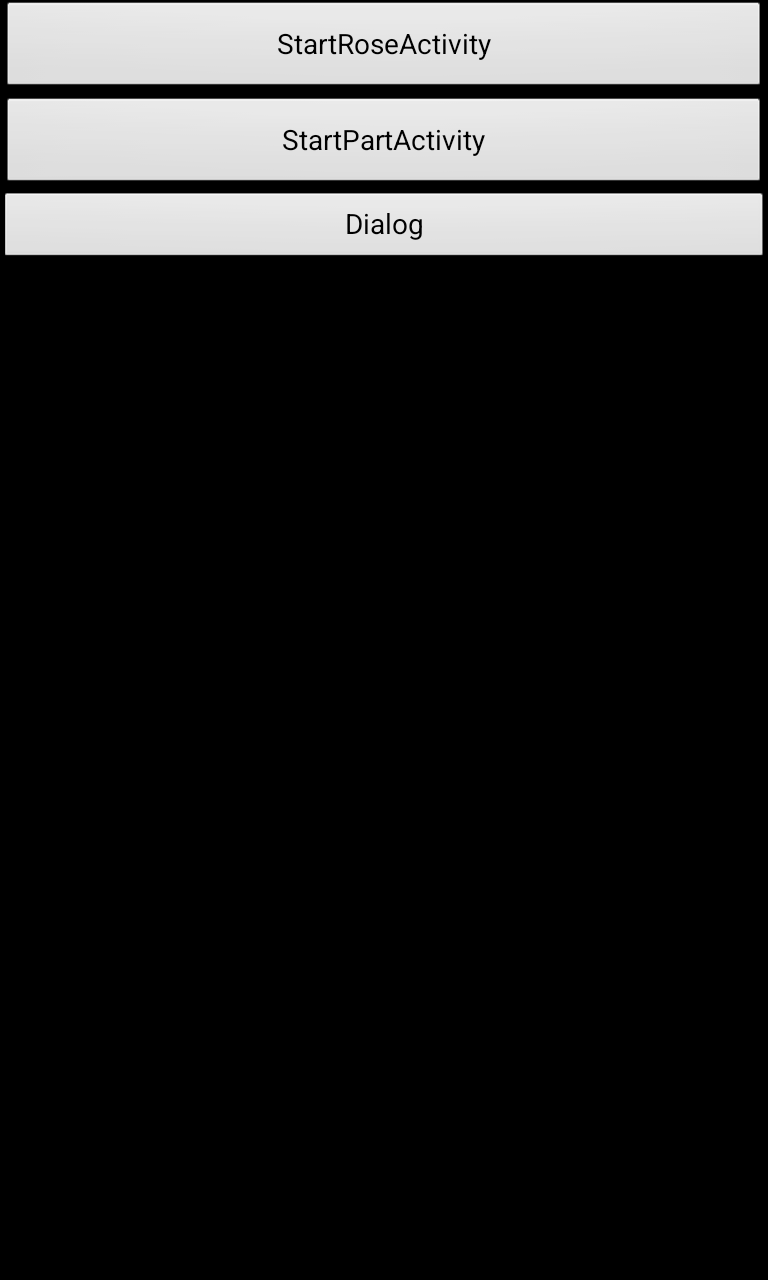
Repository: pure2004/test1
Layout: ActivityCourseAPI10/res/layout/layout_lifecyccleactivity.xml
An editor plug-in stored every save of this project. The layout is shown before and after the next save, followed by the edit.
It is drawn on a 768 x 1280 px phone screen (xhdpi) without system bars, with theme android:Theme; the app's code is not run.

Above is the layout before, as saved 2016-02-08 06:21:16.

After the next save:
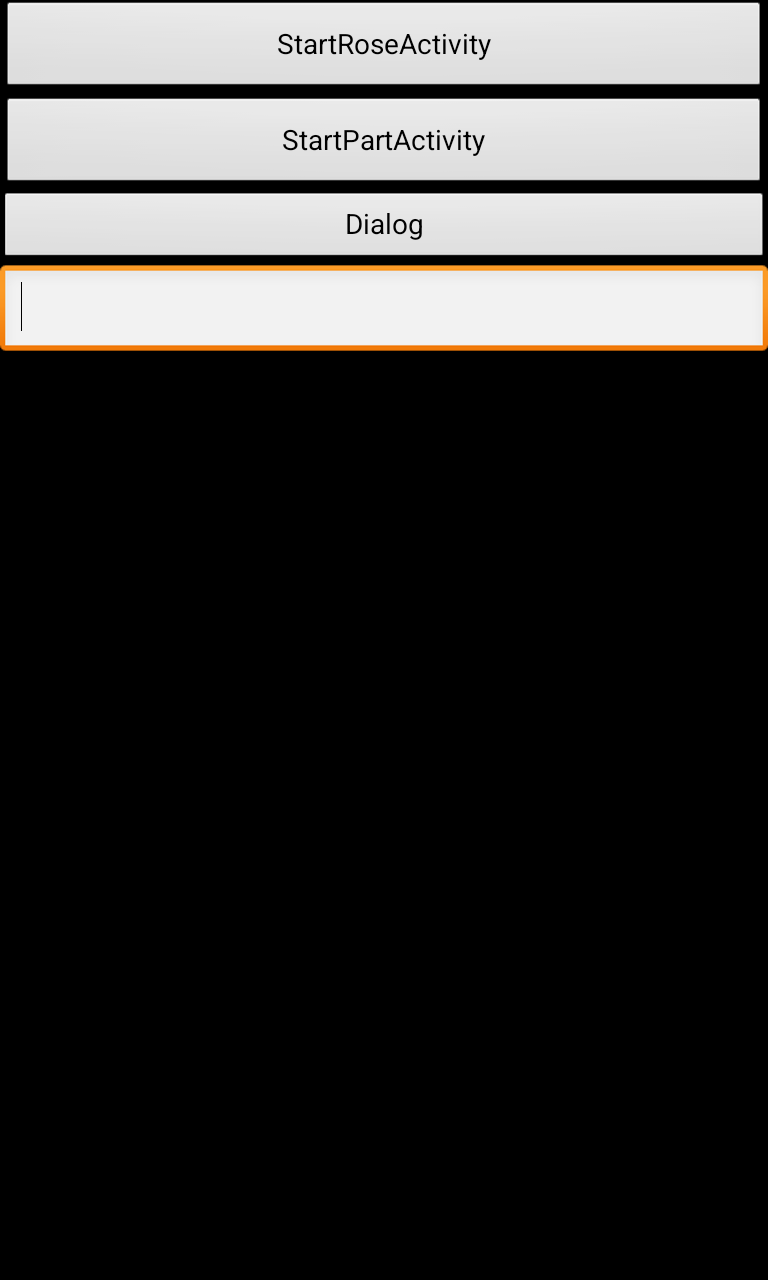
Saved 4 min 18 s later.
--- a/ActivityCourseAPI10/res/layout/layout_lifecyccleactivity.xml
+++ b/ActivityCourseAPI10/res/layout/layout_lifecyccleactivity.xml
@@ -22,4 +22,13 @@
 	    android:layout_height="wrap_content"
 	    android:text="Dialog" />
 
+	<EditText
+	    android:id="@+id/editTextState"
+	    android:layout_width="match_parent"
+	    android:layout_height="wrap_content"
+	    android:ems="10" >
+
+	    <requestFocus />
+	</EditText>
+
 </LinearLayout>
